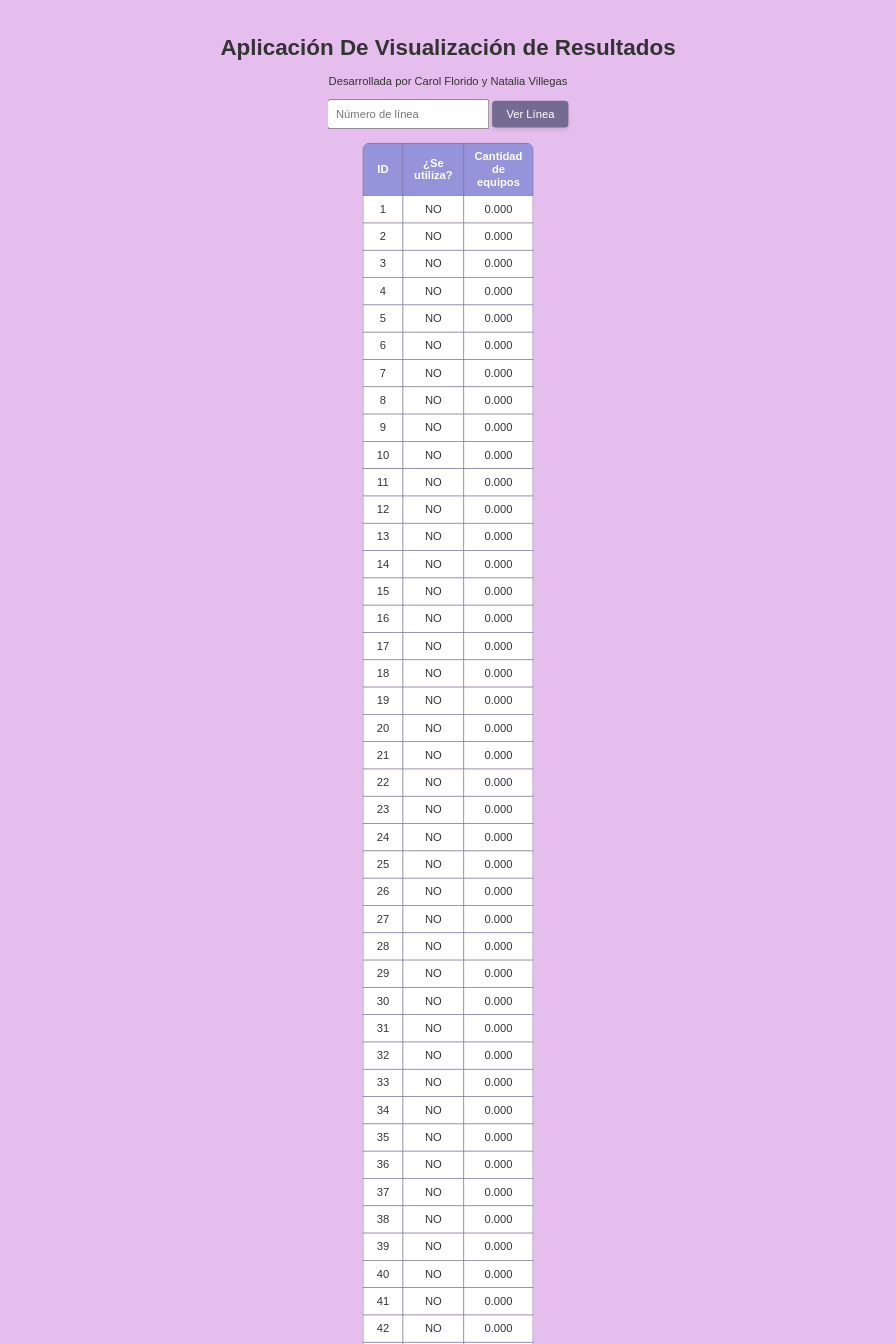
Repository: cflorido/Front_T3
Page: index.html
An editor plug-in stored every save of this project. The page is shown before and after the next save, followed by the edit.
The browser window is 1280 px wide. The pictures show the part of the page from y = 0 to 1920 px (the page is 6969 px tall before and 862 px after), at 70% of full size.

Above is the page before, as saved 2024-10-22 22:58:07.

### index.html
<!DOCTYPE html>
<html lang="es">
<head>
    <meta charset="UTF-8">
    <meta name="viewport" content="width=device-width, initial-scale=1.0">
    <title>Aplicación Visualización de Datos</title>
    <style>
        body {
            font-family: Arial, sans-serif;
            background-color: #E5BEED;
            color: #333;
            text-align: center;
            padding: 20px;
        }
        .container {
            display: flex;
            justify-content: space-between;
        }
        button {
            padding: 10px 20px;
            font-size: 16px;
            cursor: pointer;
            background-color: #736B92;
            color: white;
            border: none;
            border-radius: 5px;
            transition: background-color 0.3s;
            box-shadow: 0 4px 6px rgba(0, 0, 0, 0.1);
        }
        button:hover {
            background-color: #7D5C65;
        }
        #tablaEquipos {
            width: 20%; /* 20% del ancho de la pantalla */
            border-collapse: collapse;
            text-align: left;
        }
        #tablaEquipos th, #tablaEquipos td {
            border: 1px solid #736B92;
            padding: 10px;
        }
        #tablaEquipos th {
            background-color: #9593D9;
            color: white;
        }
        #tablaEquipos td {
            background-color: #fff;
        }
        #contenido {
            width: 75%; /* 75% del ancho de la pantalla */
            margin-top: 20px;
            padding: 10px;
            border: 1px solid #7C90DB;
            background-color: #fff;
            border-radius: 8px;
            box-shadow: 0 2px 10px rgba(0, 0, 0, 0.2);
            display: none;
        }
        table {
            margin: 20px auto;
            border-collapse: collapse;
            width: 100%;
            border-radius: 10px;
            overflow: hidden;
        }
        th, td {
            border: 1px solid #736B92;
            padding: 10px;
            text-align: center;
            width: 14.28%;
        }
        th {
            background-color: #9593D9;
            color: white;
            font-weight: bold;
        }
        td {
            background-color: #ffffff;
            transition: background-color 0.3s;
        }
        td.utilizado {
            background-color: #7C90DB;
            color: #ffffff;
            font-weight: bold;
        }
        .footer {
            margin-top: 20px;
            font-size: 14px;
            color: #736B92;
        }
    </style>
</head>
<body>
    <h1>Aplicación De Visualización de Resultados</h1>
    <p>Desarrollada por Carol Florido y Natalia Villegas</p>

    <input type="number" id="numeroLinea" placeholder="Número de línea" min="1" style="padding: 10px; font-size: 16px;">
    <button onclick="cargarLinea()">Ver Línea</button>

    <div class="container">
        <!-- Tabla de equipos en el lado izquierdo -->
        <table id="tablaEquipos">
            <thead>
                <tr>
                    <th>ID</th>
                    <th>¿Se utiliza?</th>
                    <th>Cantidad de equipos</th>
                </tr>
            </thead>
            <tbody></tbody>
        </table>

        <!-- Contenedor de la tabla de horarios -->
        <div id="contenido"></div>
    </div>

    <div class="footer">
        <p>&copy; 2024 Visualización de resultados tarea 3 Optimización Avanzada. Todos los derechos reservados.</p>
    </div>

    <script>
        let lineas = []; // Array para almacenar las líneas del archivo
        let equipos = []; // Array para almacenar la cantidad de equipos

        // Función para cargar el contenido de los archivos
        function cargarContenido() {
            fetch('data.txt')
                .then(response => {
                    if (!response.ok) {
                        throw new Error('Error al cargar el archivo: ' + response.statusText);
                    }
                    return response.text();
                })
                .then(data => {
                    lineas = data.split('\n');
                })
                .catch(error => {
                    console.error(error);
                    alert('No se pudo cargar el contenido.');
                });

            // Cargar el contenido del archivo de equipos
            fetch('equipos.txt')
                .then(response => {
                    if (!response.ok) {
                        throw new Error('Error al cargar el archivo de equipos: ' + response.statusText);
                    }
                    return response.text();
                })
                .then(data => {
                    equipos = data.split('\n').map(line => {
                        const [numero, cantidad] = line.split(',').map(Number);
                        return { numero, cantidad: parseFloat(cantidad).toFixed(3) }; // Redondear a 3 decimales
                    });
                    mostrarEquipos(); // Mostrar la tabla de equipos
                })
                .catch(error => {
                    console.error(error);
                    alert('No se pudo cargar el contenido de equipos.');
                });
        }

        // Función para mostrar la tabla de equipos
        function mostrarEquipos() {
            const tablaEquiposBody = document.querySelector('#tablaEquipos tbody');
            tablaEquiposBody.innerHTML = ''; // Limpiar el contenido previo

            equipos.forEach(equipo => {
                const fila = document.createElement('tr');
                const celdaId = document.createElement('td');
                const celdaUtiliza = document.createElement('td');
                const celdaCantidad = document.createElement('td');

                celdaId.textContent = equipo.numero;
                celdaUtiliza.textContent = equipo.cantidad > 0 ? 'SI' : 'NO';
                celdaCantidad.textContent = equipo.cantidad;

                fila.appendChild(celdaId);
                fila.appendChild(celdaUtiliza);
                fila.appendChild(celdaCantidad);

                tablaEquiposBody.appendChild(fila);
            });
        }

        // Función para mostrar la línea seleccionada
        function cargarLinea() {
            const numeroLinea = document.getElementById("numeroLinea").value;
            const contenidoDiv = document.getElementById("contenido");

            // Verificar si el número de línea es válido
            if (numeroLinea > 0 && numeroLinea <= lineas.length) {
                const horario = JSON.parse("[" + lineas[numeroLinea - 1] + "]"); // Parsear la línea como JSON con corchetes
                const equipoSeleccionado = equipos.find(e => e.numero === parseInt(numeroLinea));

                // Mostrar la cantidad de equipos arriba del horario
                contenidoDiv.innerHTML = `<h3>Cantidad de equipos: ${equipoSeleccionado ? equipoSeleccionado.cantidad : 'No disponible'}</h3>`;

                mostrarHorario(horario); // Mostrar el horario en forma de tabla
                contenidoDiv.style.display = 'block'; // Muestra el div
            } else {
                alert('Número de línea no válido. Intenta de nuevo.');
            }
        }

        // Función para mostrar el horario en una tabla
        function mostrarHorario(horario) {
            const contenidoDiv = document.getElementById("contenido");

            // Crear la tabla
            const tabla = document.createElement('table');
            const thead = document.createElement('thead');
            const tbody = document.createElement('tbody');

            // Crear encabezado de la tabla
            const encabezado = document.createElement('tr');
            const dias = ['Franja Horaria', 'Lunes', 'Martes', 'Miércoles', 'Jueves', 'Viernes', 'Sábado', 'Domingo'];
            dias.forEach(dia => {
                const th = document.createElement('th');
                th.textContent = dia;
                encabezado.appendChild(th);
            });
            thead.appendChild(encabezado);
            tabla.appendChild(thead);

            // Crear filas de horarios
            for (let i = 0; i < 12; i++) {
                const fila = document.createElement('tr');

                const horaInicio = (i * 2) % 24;
                const horaFin = (horaInicio + 2) % 24;
                const franjaHoraria = `${horaInicio < 10 ? '0' : ''}${horaInicio}:00 - ${horaFin < 10 ? '0' : ''}${horaFin}:00`;

                const celdaFranja = document.createElement('td');
                celdaFranja.textContent = franjaHoraria;
                fila.appendChild(celdaFranja);

                for (let j = 0; j < 7; j++) {
                    const celda = document.createElement('td');
                    celda.textContent = horario[i * 7 + j];
                    if (horario[i * 7 + j] === 1) {
                        celda.classList.add('utilizado'); // Agregar clase si se usa
                    }
                    fila.appendChild(celda);
                }
                tbody.appendChild(fila);
            }

            tabla.appendChild(tbody);
            contenidoDiv.appendChild(tabla);
        }

        // Cargar el contenido de los archivos al iniciar la página
        window.onload = cargarContenido;
    </script>
</body>
</html>

After the next save:
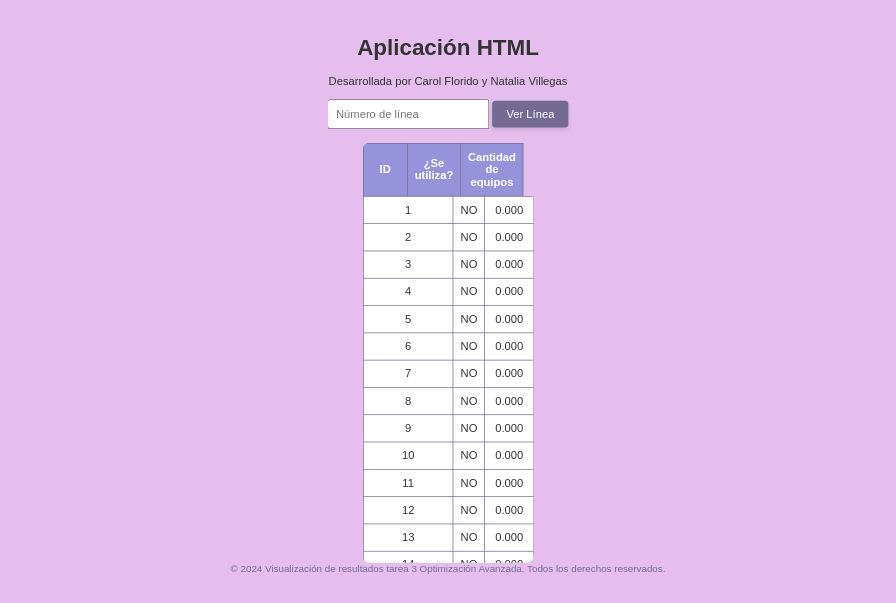
Saved 38 s later.
--- a/index.html
+++ b/index.html
@@ -15,6 +15,7 @@
         .container {
             display: flex;
             justify-content: space-between;
+            height: 600px; /* Altura total del contenedor */
         }
         button {
             padding: 10px 20px;
@@ -34,10 +35,23 @@
             width: 20%; /* 20% del ancho de la pantalla */
             border-collapse: collapse;
             text-align: left;
+            height: 100%; /* Usar 100% de la altura del contenedor */
+            overflow-y: auto; /* Habilitar scroll si es necesario */
+            display: block; /* Necesario para que el overflow funcione */
+        }
+        #tablaEquipos thead {
+            display: table; /* Asegura que el encabezado se mantenga visible */
+            width: calc(100% - 1em); /* Ajusta el ancho del encabezado */
+        }
+        #tablaEquipos tbody {
+            display: block; /* Para el scroll en el cuerpo de la tabla */
+            height: 100%; /* Usar 100% de la altura del contenedor */
+            overflow-y: auto; /* Habilitar scroll vertical */
         }
         #tablaEquipos th, #tablaEquipos td {
             border: 1px solid #736B92;
             padding: 10px;
+            width: 100%; /* Hacer que las celdas llenen el ancho del contenedor */
         }
         #tablaEquipos th {
             background-color: #9593D9;
@@ -55,6 +69,7 @@
             border-radius: 8px;
             box-shadow: 0 2px 10px rgba(0, 0, 0, 0.2);
             display: none;
+            overflow: auto; /* Habilitar scroll si el contenido es demasiado grande */
         }
         table {
             margin: 20px auto;
@@ -91,7 +106,7 @@
     </style>
 </head>
 <body>
-    <h1>Aplicación De Visualización de Resultados</h1>
+    <h1>Aplicación HTML</h1>
     <p>Desarrollada por Carol Florido y Natalia Villegas</p>
 
     <input type="number" id="numeroLinea" placeholder="Número de línea" min="1" style="padding: 10px; font-size: 16px;">
@@ -223,22 +238,17 @@
             thead.appendChild(encabezado);
             tabla.appendChild(thead);
 
-            // Crear filas de horarios
-            for (let i = 0; i < 12; i++) {
+            // Agregar las filas de datos
+            for (let i = 0; i < horario.length; i++) {
                 const fila = document.createElement('tr');
-
-                const horaInicio = (i * 2) % 24;
-                const horaFin = (horaInicio + 2) % 24;
-                const franjaHoraria = `${horaInicio < 10 ? '0' : ''}${horaInicio}:00 - ${horaFin < 10 ? '0' : ''}${horaFin}:00`;
-
-                const celdaFranja = document.createElement('td');
-                celdaFranja.textContent = franjaHoraria;
-                fila.appendChild(celdaFranja);
-
-                for (let j = 0; j < 7; j++) {
+                const franjaHoraria = document.createElement('td');
+                franjaHoraria.textContent = horario[i][0]; // Suponiendo que la primera columna es la franja horaria
+                fila.appendChild(franjaHoraria);
+
+                for (let j = 1; j <= 7; j++) {
                     const celda = document.createElement('td');
-                    celda.textContent = horario[i * 7 + j];
-                    if (horario[i * 7 + j] === 1) {
+                    celda.textContent = horario[i][j] ? 'Sí' : 'No'; // Suponiendo que los valores son booleanos
+                    if (horario[i][j]) {
                         celda.classList.add('utilizado'); // Agregar clase si se usa
                     }
                     fila.appendChild(celda);

After the save that followed:
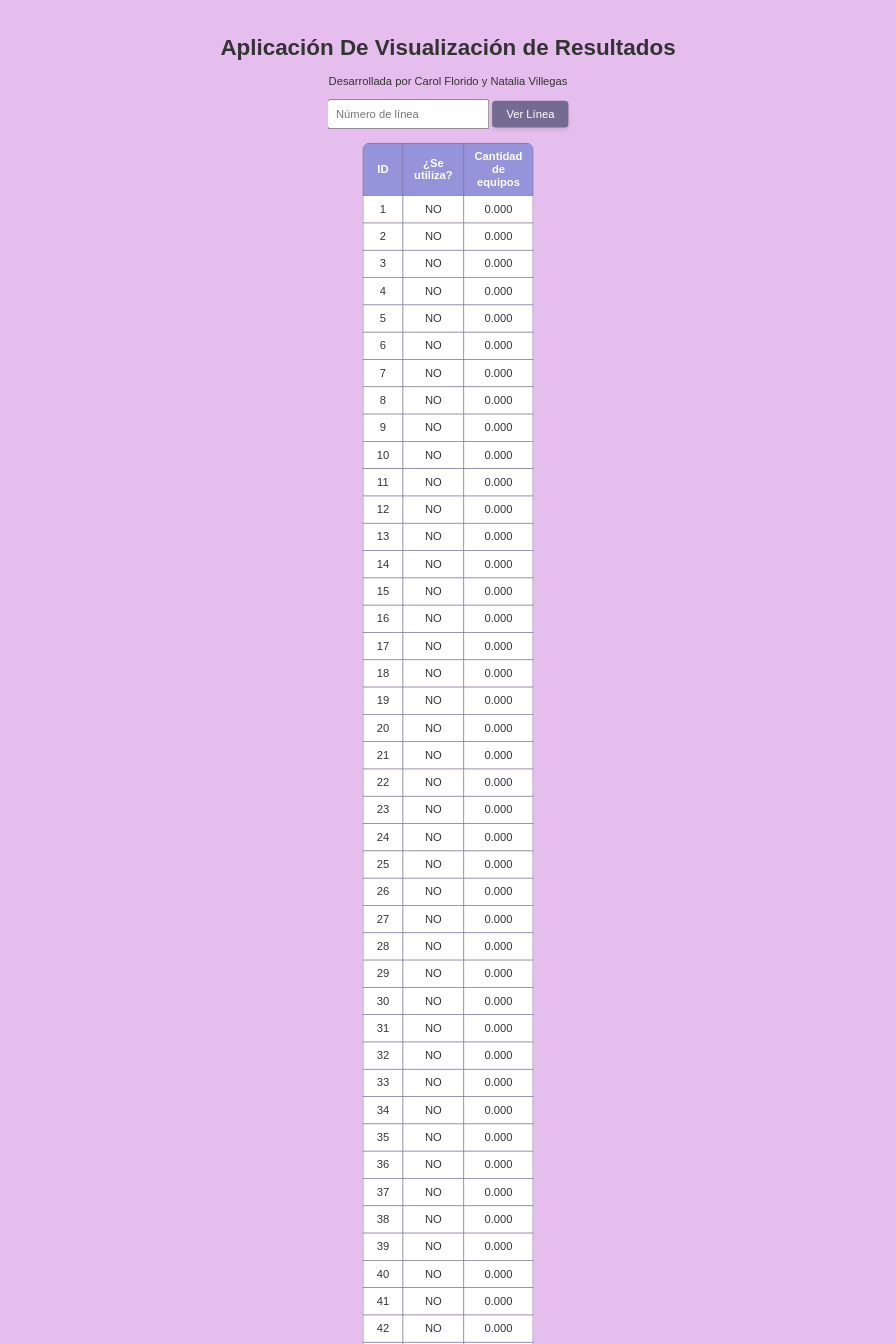
Saved 24 s later.
--- a/index.html
+++ b/index.html
@@ -15,7 +15,6 @@
         .container {
             display: flex;
             justify-content: space-between;
-            height: 600px; /* Altura total del contenedor */
         }
         button {
             padding: 10px 20px;
@@ -35,23 +34,10 @@
             width: 20%; /* 20% del ancho de la pantalla */
             border-collapse: collapse;
             text-align: left;
-            height: 100%; /* Usar 100% de la altura del contenedor */
-            overflow-y: auto; /* Habilitar scroll si es necesario */
-            display: block; /* Necesario para que el overflow funcione */
-        }
-        #tablaEquipos thead {
-            display: table; /* Asegura que el encabezado se mantenga visible */
-            width: calc(100% - 1em); /* Ajusta el ancho del encabezado */
-        }
-        #tablaEquipos tbody {
-            display: block; /* Para el scroll en el cuerpo de la tabla */
-            height: 100%; /* Usar 100% de la altura del contenedor */
-            overflow-y: auto; /* Habilitar scroll vertical */
         }
         #tablaEquipos th, #tablaEquipos td {
             border: 1px solid #736B92;
             padding: 10px;
-            width: 100%; /* Hacer que las celdas llenen el ancho del contenedor */
         }
         #tablaEquipos th {
             background-color: #9593D9;
@@ -69,7 +55,6 @@
             border-radius: 8px;
             box-shadow: 0 2px 10px rgba(0, 0, 0, 0.2);
             display: none;
-            overflow: auto; /* Habilitar scroll si el contenido es demasiado grande */
         }
         table {
             margin: 20px auto;
@@ -106,7 +91,7 @@
     </style>
 </head>
 <body>
-    <h1>Aplicación HTML</h1>
+    <h1>Aplicación De Visualización de Resultados</h1>
     <p>Desarrollada por Carol Florido y Natalia Villegas</p>
 
     <input type="number" id="numeroLinea" placeholder="Número de línea" min="1" style="padding: 10px; font-size: 16px;">
@@ -238,17 +223,22 @@
             thead.appendChild(encabezado);
             tabla.appendChild(thead);
 
-            // Agregar las filas de datos
-            for (let i = 0; i < horario.length; i++) {
+            // Crear filas de horarios
+            for (let i = 0; i < 12; i++) {
                 const fila = document.createElement('tr');
-                const franjaHoraria = document.createElement('td');
-                franjaHoraria.textContent = horario[i][0]; // Suponiendo que la primera columna es la franja horaria
-                fila.appendChild(franjaHoraria);
-
-                for (let j = 1; j <= 7; j++) {
+
+                const horaInicio = (i * 2) % 24;
+                const horaFin = (horaInicio + 2) % 24;
+                const franjaHoraria = `${horaInicio < 10 ? '0' : ''}${horaInicio}:00 - ${horaFin < 10 ? '0' : ''}${horaFin}:00`;
+
+                const celdaFranja = document.createElement('td');
+                celdaFranja.textContent = franjaHoraria;
+                fila.appendChild(celdaFranja);
+
+                for (let j = 0; j < 7; j++) {
                     const celda = document.createElement('td');
-                    celda.textContent = horario[i][j] ? 'Sí' : 'No'; // Suponiendo que los valores son booleanos
-                    if (horario[i][j]) {
+                    celda.textContent = horario[i * 7 + j];
+                    if (horario[i * 7 + j] === 1) {
                         celda.classList.add('utilizado'); // Agregar clase si se usa
                     }
                     fila.appendChild(celda);
